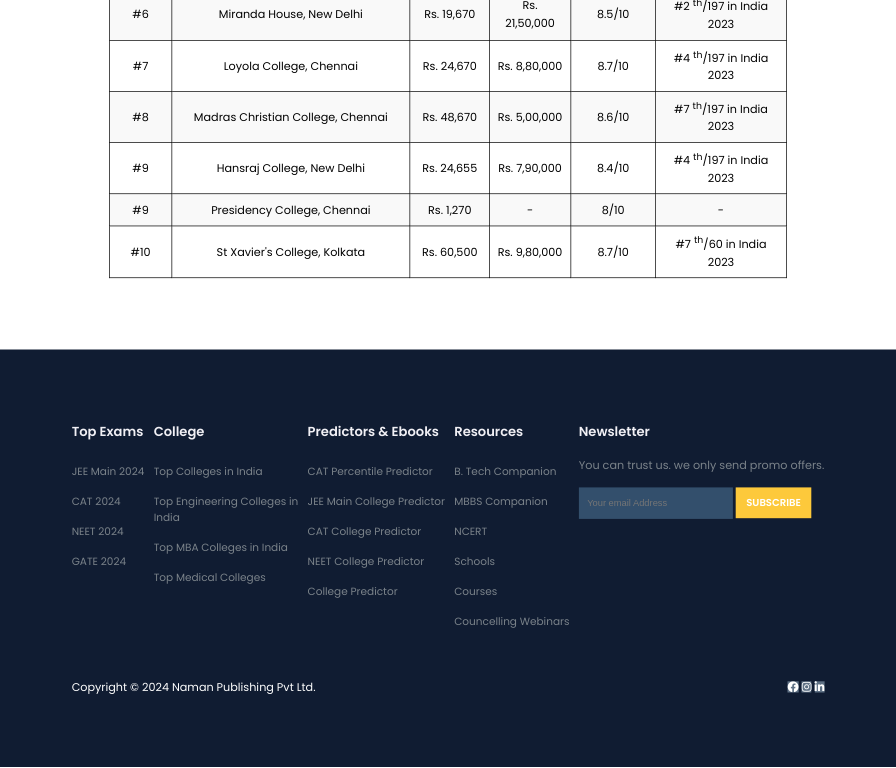
Repository: NamanSahu09/VidyaPreet-Ed-Tech-Website
Page: bsc.html
The author's editor kept a copy of each file at every save. The page is drawn from the files as they stood at one save, then again after a run of saves.
The browser window is 1280 px wide. The pictures show the part of the page from y = 985 to 2905 px (the page is 2082 px tall before and 2905 px after), at 70% of full size.
Some web libraries are served in a nearby version.

Above is the page before, as saved 2024-04-12 13:00:59.

After the next 2 saves:
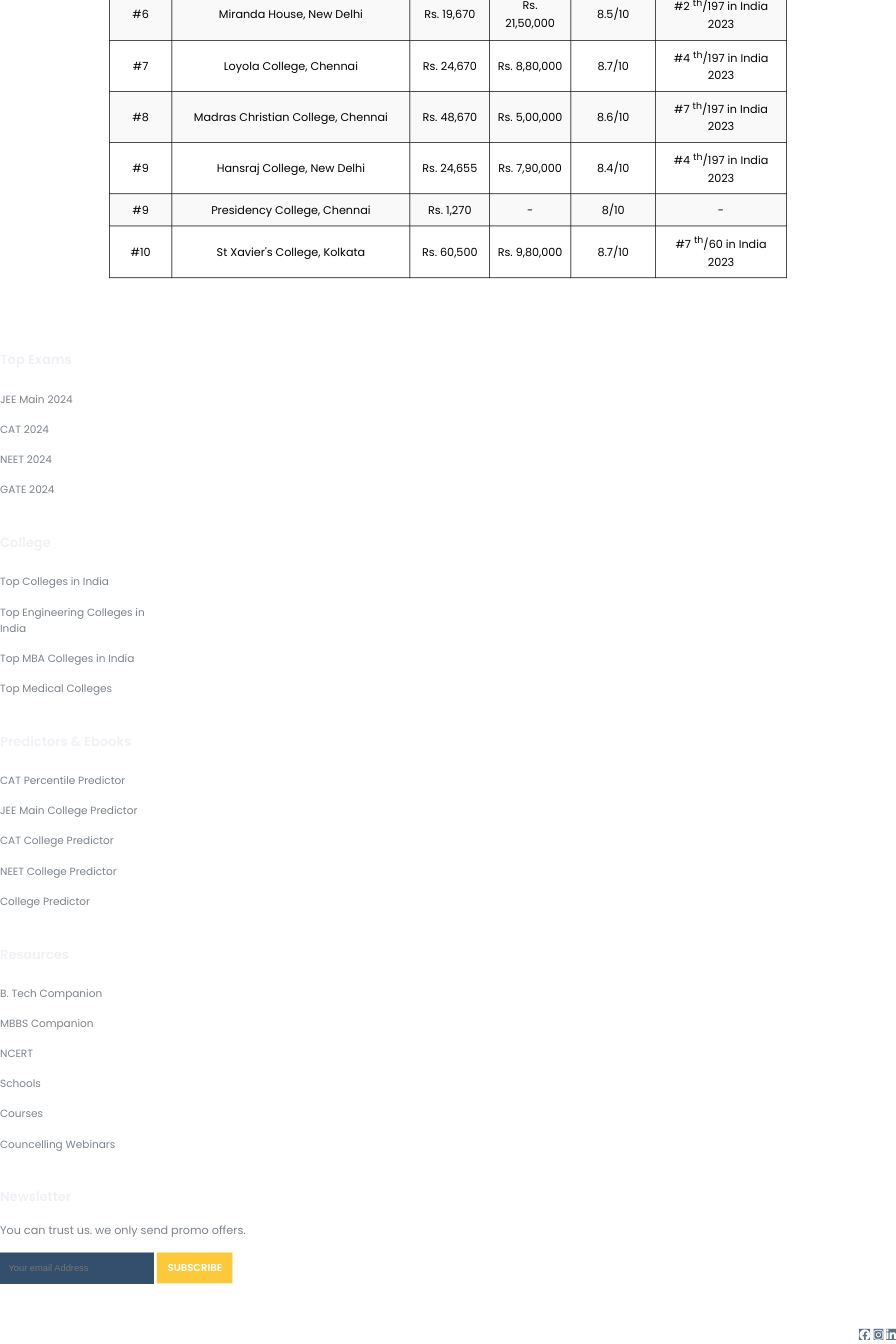
The 2 saves are shown as one change because they came seconds apart.
The last was saved 13 s later.
--- a/bsc.css
+++ b/bsc.css
@@ -351,7 +351,7 @@
 
 }
 
-
+.container fa
 
 
 

After the 4 saves that followed:
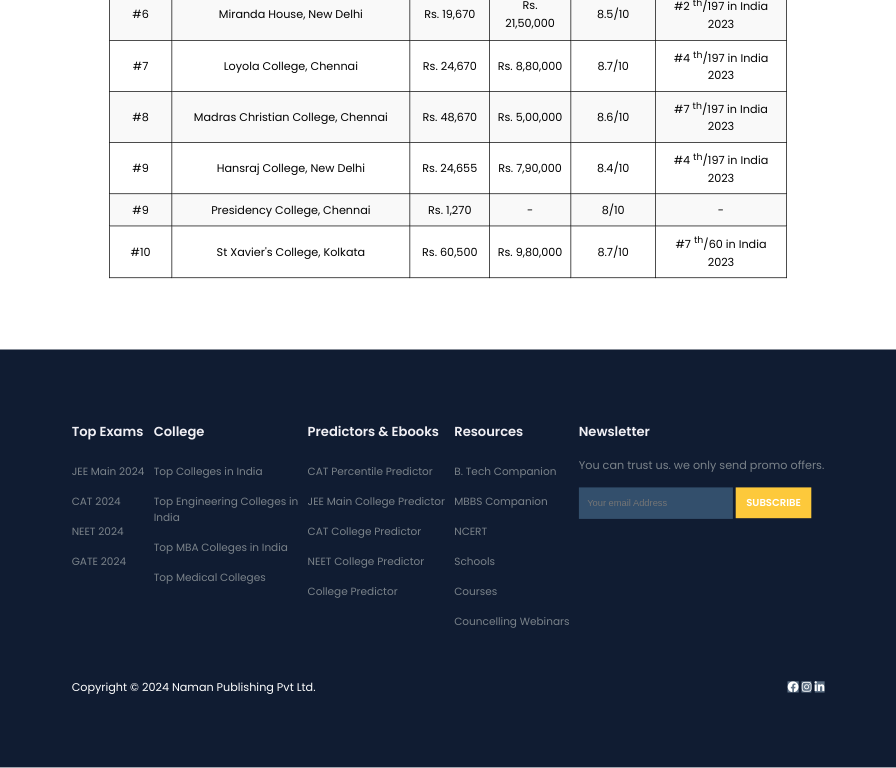
The 4 saves are shown as one change because they came seconds apart.
The last was saved 9 s later.
--- a/bsc.css
+++ b/bsc.css
@@ -351,7 +351,10 @@
 
 }
 
-.container fa
+.container fa-calendar
+{
+	font-size: 0.6rem;
+}
 
 
 
